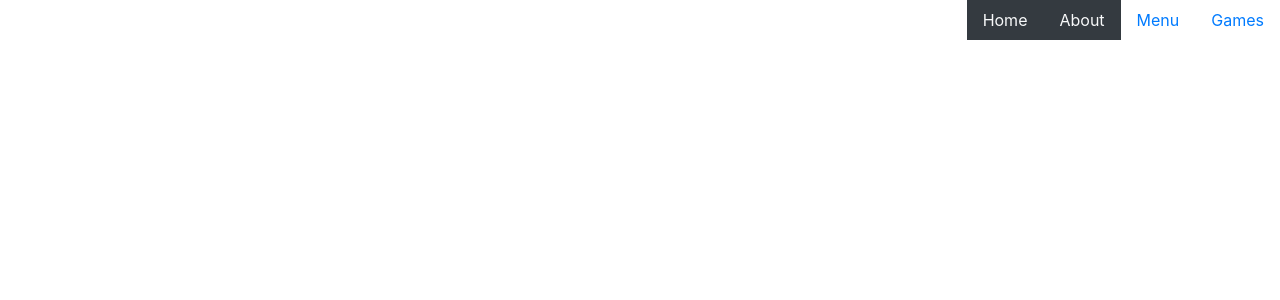
Repository: Code-Institute-Submissions/eleanorpro-milestoneproject1
Page: index.html
The author's editor kept a record of every edit. The page is drawn from the files as they stood at one moment, then again after the next edit.
The browser window is 1280 px wide. The pictures show the whole page.

Above is the page before.

After the next edit:
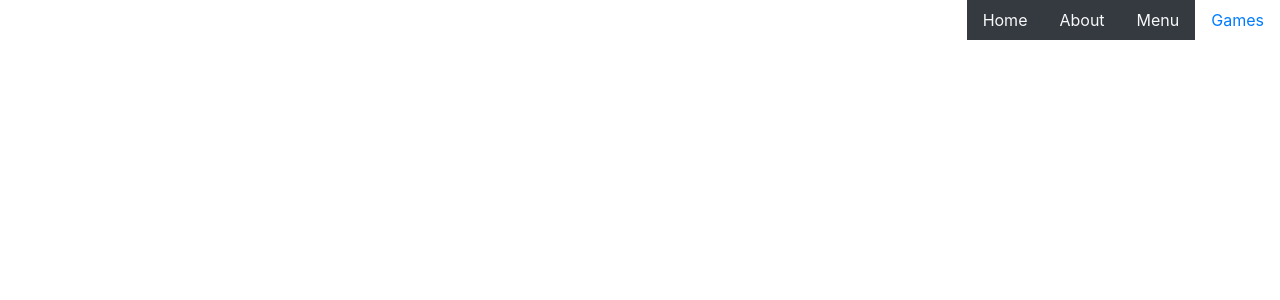
The edit:
--- a/index.html
+++ b/index.html
@@ -21,7 +21,7 @@
                     <a class="nav-link text-light bg-dark" href="#">About</a>
                 </li>
                 <li class="nav-item">
-                    <a class="nav-link" href="#">Menu</a>
+                    <a class="nav-link text-light bg-dark" href="#">Menu</a>
                 </li>
                 <li class="nav-item">
                     <a class="nav-link" href="#">Games</a>
